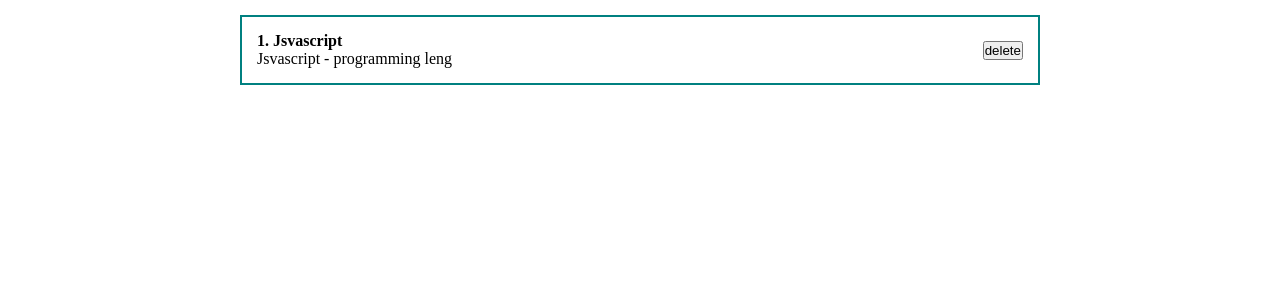
Repository: tsydikov/reactTodo
Page: /
An editor plug-in stored every save of this project. The page is shown before and after the next save, followed by the edit.
The browser window is 1280 px wide. The pictures show the whole page.
The project was rebuilt for these pictures with package versions that can differ from the ones it lists, and the page was loaded fresh each time.

Above is the page before, as saved 2021-08-29 11:39:41.

### public/index.html
<!DOCTYPE html>
<html lang="en">
  <head>
    <meta name="viewport" content="width=device-width, initial-scale=1" />
    <title>React App</title>
  </head>
  <body>
    <noscript>You need to enable JavaScript to run this app.</noscript>
    <div id="root"></div>
  </body>
</html>

### src/App.js
import React from 'react'
import './styles/App.css'

function App() {
  return (
    <div className="App">
      <div className="post">
        <div className="post__content">
          <strong>1. Jsvascript</strong>
          <div>
            Jsvascript - programming leng
          </div>
        </div>
        <div className="post__btn">
          <button>delete</button>
        </div>
      </div>
    </div>
  );
}

export default App;

### src/components/PostItem.jsx
import React from "react";

const PostItem = () => {
    return (
        <div className="post">
            <div className="post__content">
                <strong>1. Jsvascript</strong>
                <div>
                    Jsvascript - programming leng
                </div>
            </div>
            <div className="post__btn">
                <button>delete</button>
            </div>
      </div>
    )
}

export default PostItem;

Loaded but not shown: src/index.js (common file); src/styles/App.css (common file)

After the next save:
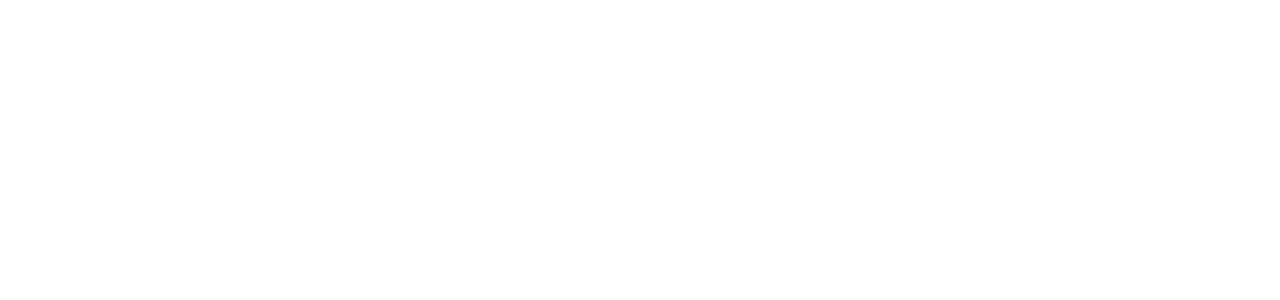
Saved 8 s later.
--- a/src/App.js
+++ b/src/App.js
@@ -4,17 +4,7 @@
 function App() {
   return (
     <div className="App">
-      <div className="post">
-        <div className="post__content">
-          <strong>1. Jsvascript</strong>
-          <div>
-            Jsvascript - programming leng
-          </div>
-        </div>
-        <div className="post__btn">
-          <button>delete</button>
-        </div>
-      </div>
+
     </div>
   );
 }

After the save that followed:
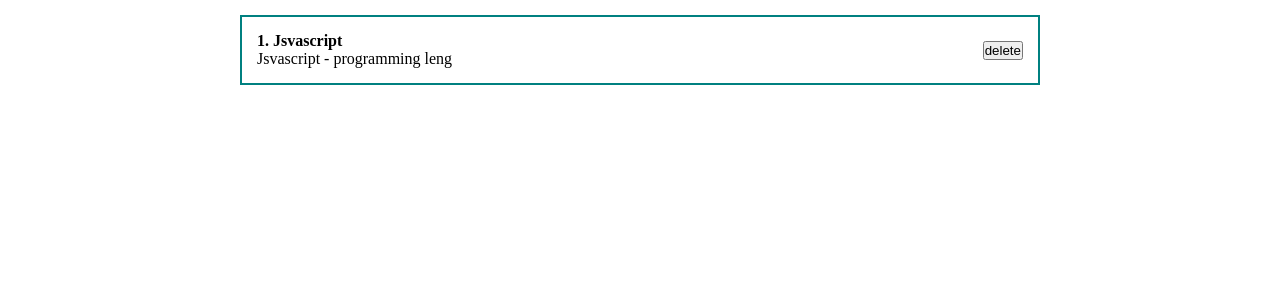
Saved 9 s later.
--- a/src/App.js
+++ b/src/App.js
@@ -1,10 +1,11 @@
 import React from 'react'
+import PostItem from './components/PostItem'
 import './styles/App.css'
 
 function App() {
   return (
     <div className="App">
-
+      <PostItem />
     </div>
   );
 }
